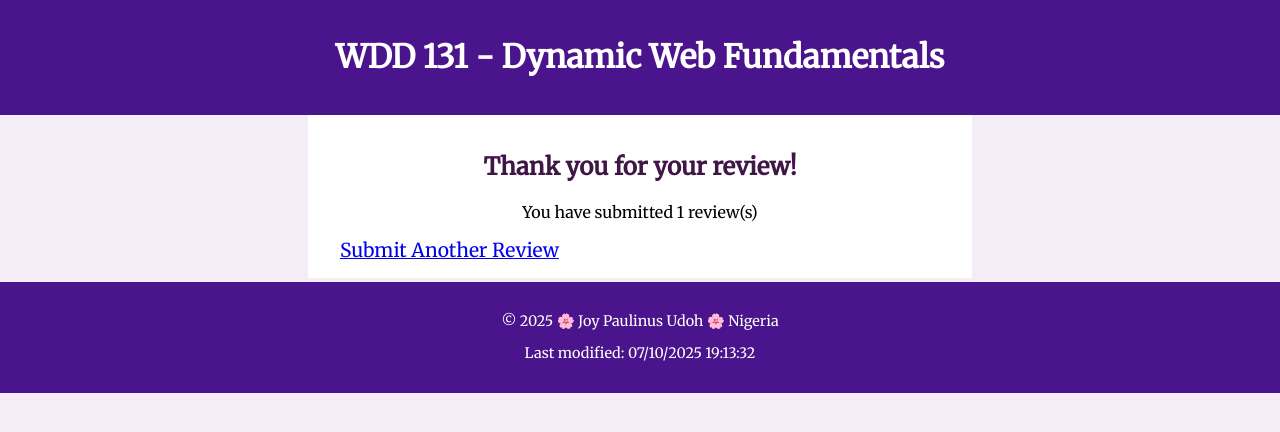
Repository: JoyUdoh106/wdd131
Page: review.html
An editor plug-in stored every save of this project. The page is shown before and after the next save, followed by the edit.
The browser window is 1280 px wide. The pictures show the whole page.

Above is the page before, as saved 2025-08-09 17:37:24.

### review.html
<!DOCTYPE html>
<html lang="en">
<head>
    <meta charset="UTF-8">
    <meta name="viewport" content="width=device-width, initial-scale=1.0">
    <title>WDD 131 - Dynamic Web Fundamentals - Review Submitted</title>
    <meta name="description" content="Review Submission Page">
    <meta name="author" content="Joy Paulinus Udoh">

    <link rel="stylesheet" href="styles/form.css">
    <script src="scripts/review.js" defer></script>

    <link rel="preconnect" href="https://fonts.googleapis.com">
    <link rel="preconnect" href="https://fonts.gstatic.com" crossorigin>
    <link href="https://fonts.googleapis.com/css2?family=Merriweather:wght@300;400&family=Roboto:ital,wght@0,100..900;1,100..900&display=swap" rel="stylesheet">
</head>
<body>
    <header>
        <h1>WDD 131 - Dynamic Web Fundamentals</h1>
    </header>
    <main>
        <h2>Thank you for your review!</h2>
        <p id="counter"></p>
        <a href="form.html">Submit Another Review</a>
    </main>
    <footer>
        <p>&copy; <span id="year"></span> 🌸 Joy Paulinus Udoh 🌸 Nigeria</p>
        <p>Last modified: <span id="last-modified"></span></p>
    </footer>
</body>
</html>

### styles/form.css
body {
    margin: 0;
    background-color: #f4edf8;
    padding: 0;
    font-family: "Merriweather", sans-serif;
}

header {
    background-color: #4A148C;
    color: white;
    text-align: center;
    padding: 1rem;
}

main {
    max-width: 600px;
    margin: auto;
    background-color: #fff;
    padding: 1rem 2rem;
}

h2 {
    color: #3f1646;
    text-align: center;
}

form {
    display: flex;
    flex-direction: column;
    gap: 1rem;
}

label, legend {
    font-weight: bold;
    color: #3f1646;
}

input[type="text"],
input[type="date"],
select, textarea {
    padding: 0.5rem;
    font-size: 1rem;
    width: 100%;
    border: 1px solid #ccc;
    border-radius: 4px;
}

.response {
    display: grid;
}

input[type="checkbox"],
input[type="radio"] {
    margin: 10px 8px;
}

fieldset {
    border-radius: 5px;
}

#counter {
    text-align: center;
}

a {
    font-size: 1.2rem;
}

a:hover {
    color: #610ec7;
}

input[type="submit"]:hover {
    background-color: #5c2168;
}

footer {
    background-color: #4A148C;
    color: white;
    text-align: center;
    padding: 1rem;
    margin-top: 1rem;
    font-size: 0.9rem;
    margin: 0.25rem 0;
}

### scripts/review.js
let reviewCount = localStorage.getItem("reviewCount");
reviewCount = reviewCount ? parseInt(reviewCount) + 1 : 1;
localStorage.setItem("reviewCount", reviewCount);
document.getElementById("counter").textContent = `You have submitted ${reviewCount} review(s)`;

document.getElementById("year").textContent = new Date().getFullYear();
document.getElementById("last-modified").textContent = document.lastModified;

After the next save:
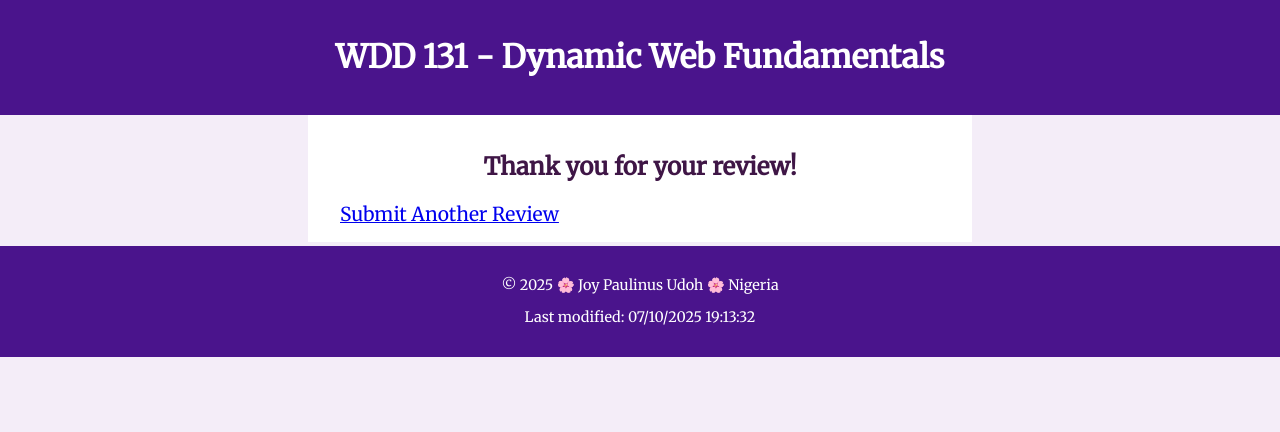
Saved 39 s later.
--- a/scripts/review.js
+++ b/scripts/review.js
@@ -1,7 +1,4 @@
-let reviewCount = localStorage.getItem("reviewCount");
-reviewCount = reviewCount ? parseInt(reviewCount) + 1 : 1;
-localStorage.setItem("reviewCount", reviewCount);
-document.getElementById("counter").textContent = `You have submitted ${reviewCount} review(s)`;
+
 
 document.getElementById("year").textContent = new Date().getFullYear();
 document.getElementById("last-modified").textContent = document.lastModified;

After the 3 saves that followed:
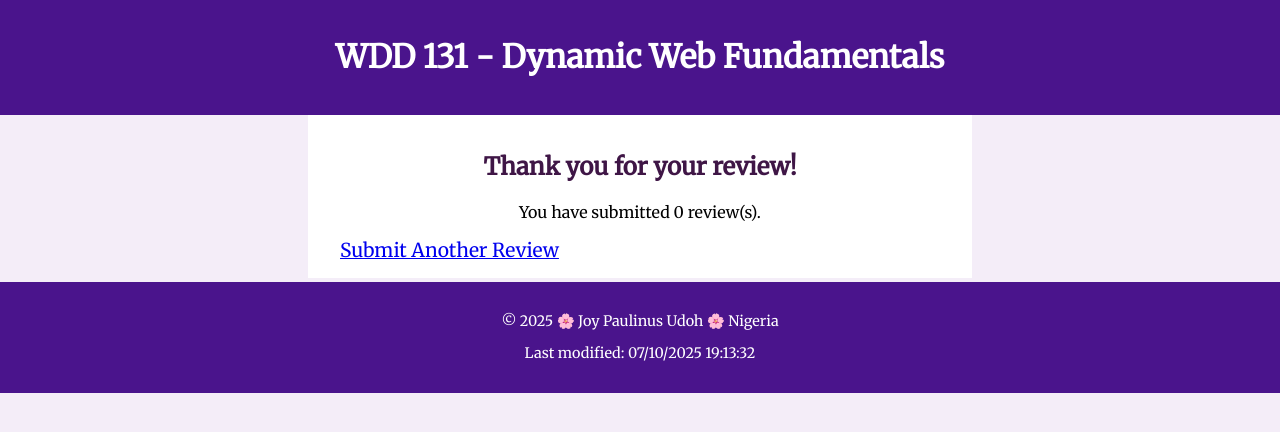
The 3 saves are shown as one change because they came seconds apart.
The last was saved 18 s later.
--- a/scripts/review.js
+++ b/scripts/review.js
@@ -1,4 +1,5 @@
-
+let reviewCount = parseInt(localStorage.getItem("reviewCount")) || 0;
+document.getElementById("counter").textContent =`You have submitted ${reviewCount} review(s).`;
 
 document.getElementById("year").textContent = new Date().getFullYear();
 document.getElementById("last-modified").textContent = document.lastModified;
